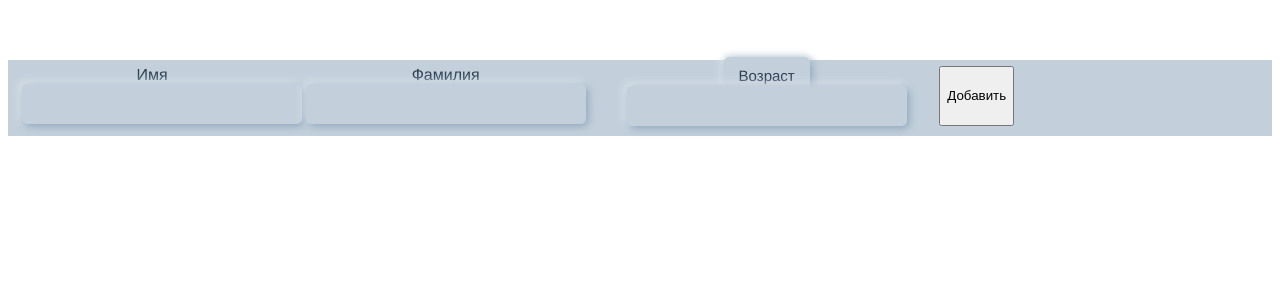
Repository: shum89/test-vue-table
Page: /
These files come from the project's save history. The page is drawn as it stood at one moment and after the next save; the edit follows.
The browser window is 1280 px wide. The pictures show the whole page.
The project was rebuilt for these pictures with package versions that can differ from the ones it lists, and the page was loaded fresh each time. Also part of the build but not shown: vue.config.js.

Above is the page before, as saved 2021-07-18 15:37:26.

After the next save:
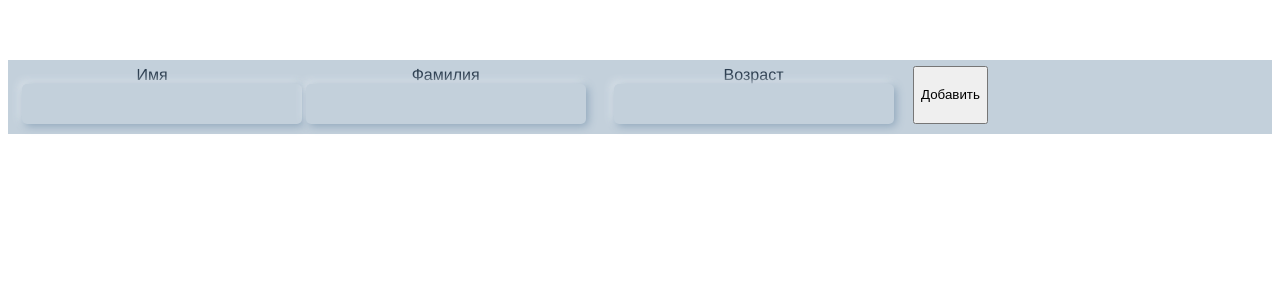
Saved 14 s later.
--- a/src/components/Form.vue
+++ b/src/components/Form.vue
@@ -11,7 +11,7 @@
         <input class="form__input" v-model="person.lastName" type="text" id="lastName" />
       </label>
       <label for="age">
-        <span class="form__input">Возраст</span>
+        <span class="form">Возраст</span>
         <input class="form__input" v-model="person.age" type="number" id="age" />
       </label>
       <button type="submit">Добавить</button>
